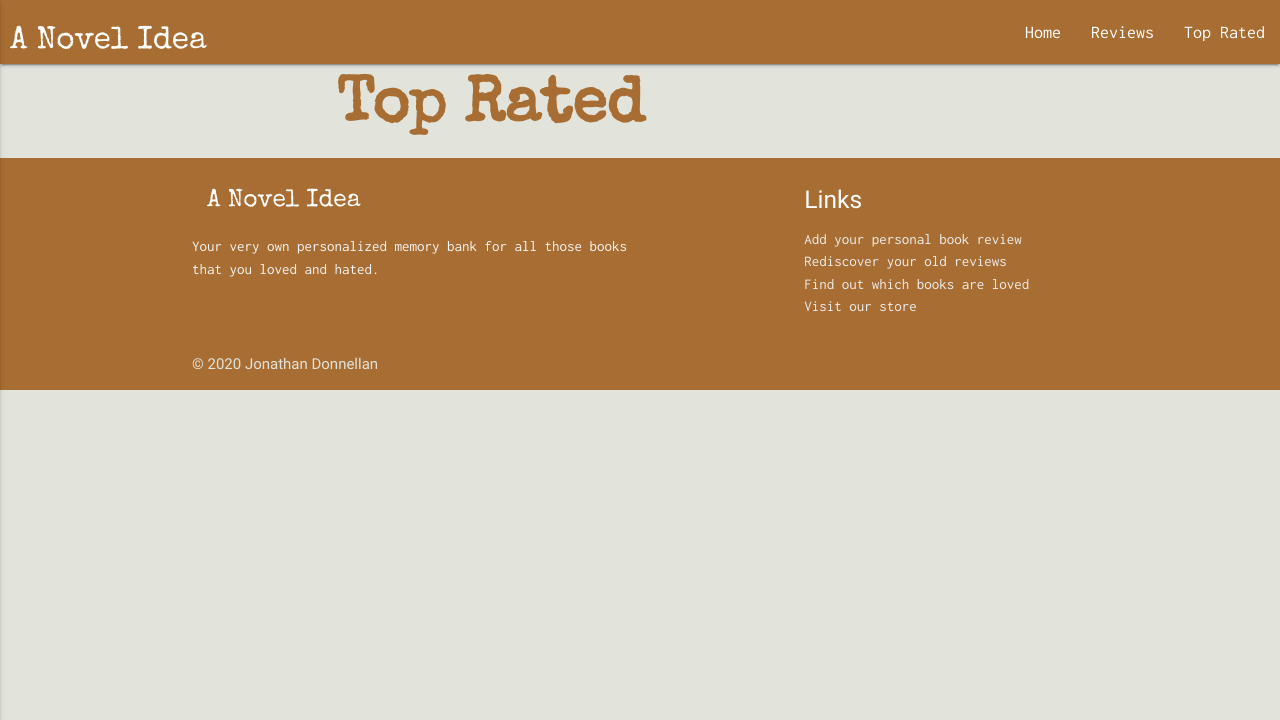
Repository: johnny-don/a-novel-idea
Page: http://localhost/top_rated
The author's editor kept a record of every edit. The page is drawn from the files as they stood at one moment, then again after the next edit.
The browser window is 1280 px wide. The pictures show the whole page.
Some web libraries are served in a nearby version. The page is served by the project's application, run on Flask 3 (app.py). Queries for data that is not in the repository find no rows.

Above is the page before.

After the next edit:
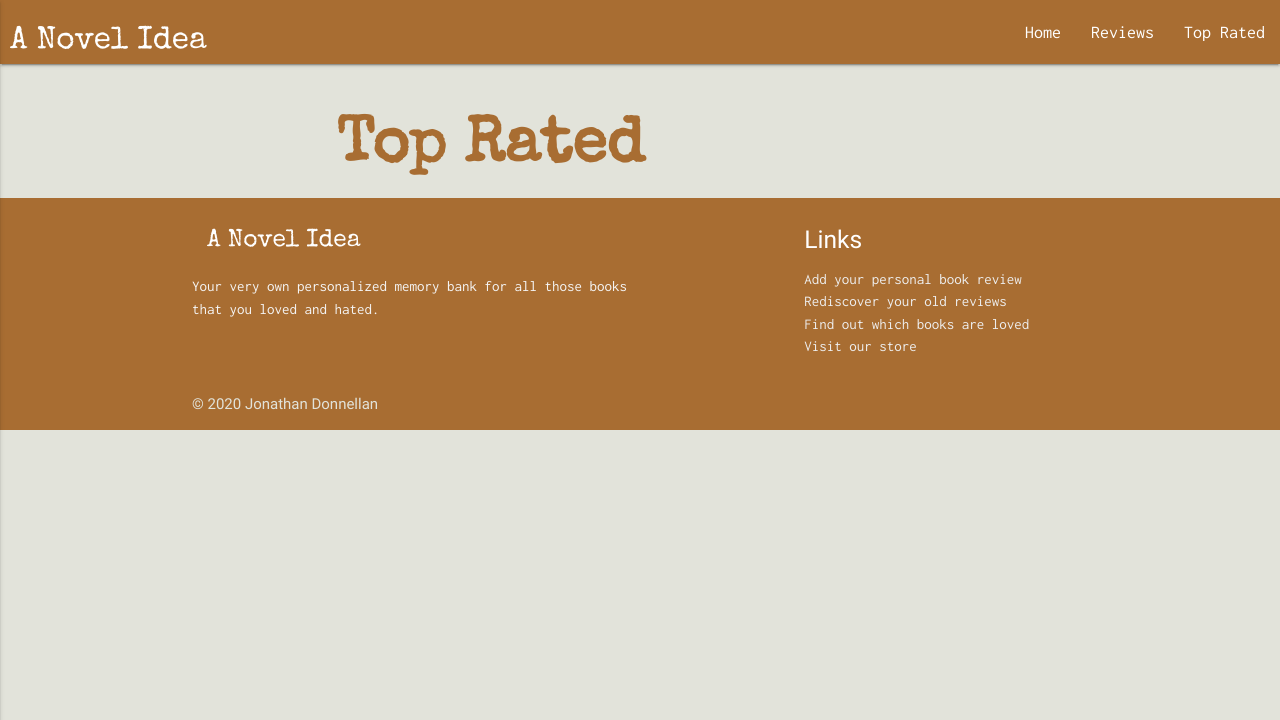
The edit:
--- a/templates/toprated.html
+++ b/templates/toprated.html
@@ -1,5 +1,5 @@
 {% extends 'base.html' %} {% block content %}
-
+<div class="row sections"></div>
 <div class="container">
     <h1 class="headline">Top Rated</h1>
 <ul>
